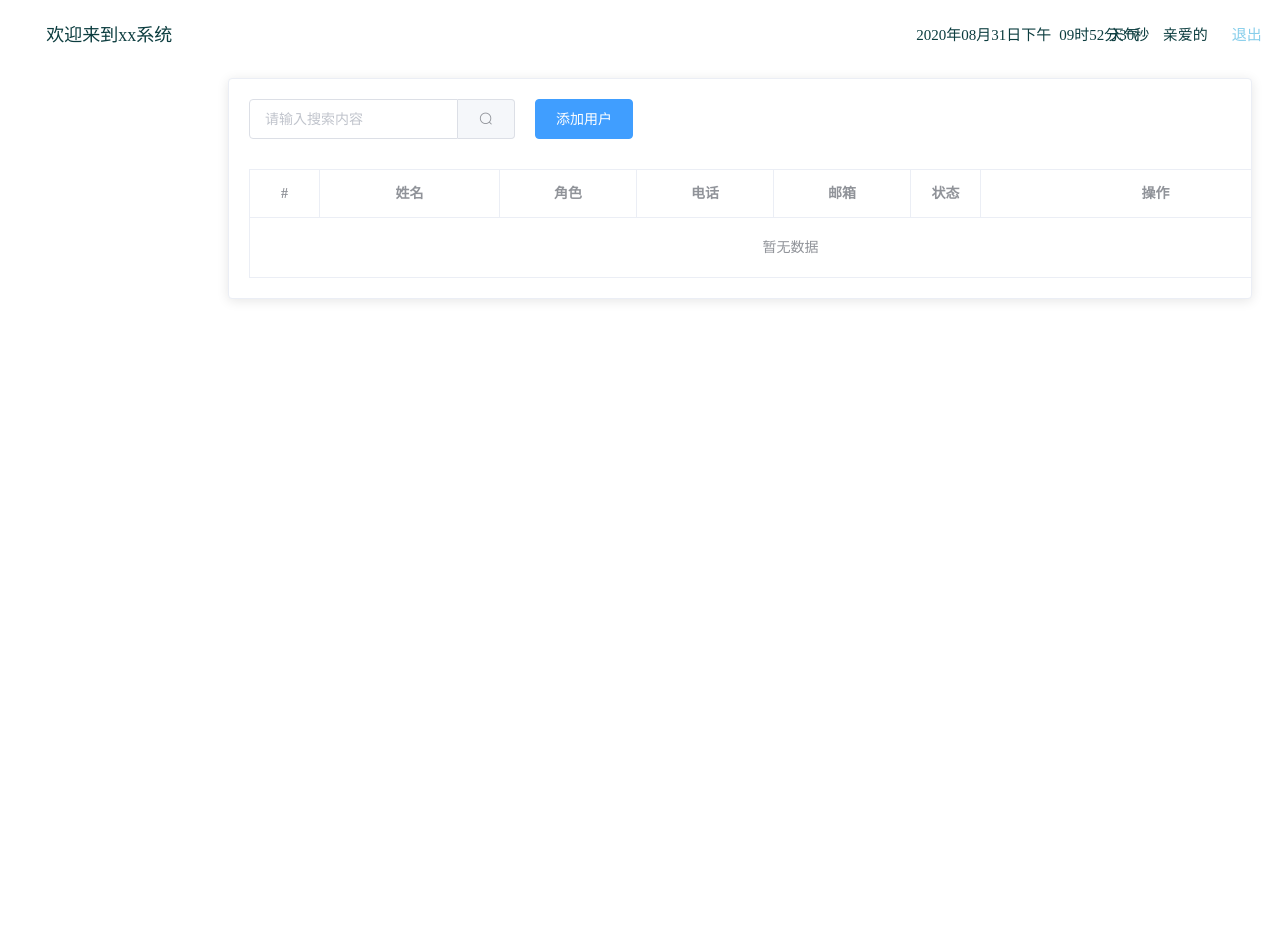
Repository: 2510699771/background-system
Page: /users/users
An editor plug-in stored every save of this project. The page is shown before and after a run of saves, followed by the edit.
The browser window is 1280 px wide. The pictures show the whole page.
The page's requests for data from a server got no answer. The project was rebuilt for these pictures with package versions that can differ from the ones it lists, and the page was loaded fresh each time. No one was signed in, and anything a server would have sent is missing. Also part of the build but not shown: vue.config.js, src/views/Home.vue.

Above is the page before, as saved 2020-08-31 22:08:47.

### src/main.js
import Vue from 'vue'
import App from './App.vue'
import router from './router'
import store from './store'
import ElementUI from 'element-ui';
import 'element-ui/lib/theme-chalk/index.css';

Vue.config.productionTip = false
Vue.use(ElementUI);

new Vue({
  router,
  store,
  el: '#app',
  render: h => h(App)
}).$mount('#app')

### src/App.vue
<template>
  <div id="app">

    <router-view/>
  </div>
</template>

<style lang="stylus">
</style>

### src/router/index.js
import Vue from 'vue'
import VueRouter from 'vue-router'
import Home from '../views/Home.vue'
import Layout from "../views/Layout/Layout.vue"

Vue.use(VueRouter)

const routes = [
  //首页
  {
    path: "/home",
    component: Layout,
    meta: {
      icon: 'el-icon-s-home'
    },
    children: [{
      path: "",
      name: 'Home',
      component: Home,
      meta: {
        title: '首页',
        parentpath: '/home',
        icon: 'el-icon-s-home'
      }
    }, ]
  },
  {
    path: '/',
    redirect: '/home'
  },
  //数据统计
  {
    path: "/reports",
    component: Layout,
    meta: {
      icon: 'el-icon-message'
    },
    children: [{
      path: "reports",
      name: "reports",
      component: () => import("../views/Reports/Reports.vue"),
      meta: {
        title: '数据报表',
        parentpath: "/reports/reports",
        icon: 'el-icon-position'
      }
    }]
  },
  //订单管理
  {
    path: "/orders",
    component: Layout,
    meta: {
      icon: 'el-icon-notebook-2'
    },
    children: [{
      path: "orders",
      name: "orders",
      component: () => import("../views/Orders/Orders.vue"),
      meta: {
        title: '订单列表',
        parentpath: "/orders/orders",
        icon: 'el-icon-folder-add'
      }
    }, ]
  },
  //商品管理
  {
    path: "/goods",
    component: Layout,
    meta: {
      icon: 'el-icon-shopping-bag-1'
    },
    children: [{
        path: "goods",
        name: "goods",
        component: () => import("../views/Goodlist/Goodlist.vue"),
        meta: {
          title: '商品列表',
          parentpath: "/goods/goods",
          icon: 'el-icon-bangzhu'
        }
      },
      {
        path: "params",
        name: "params",
        component: () => import("../views/Goodsparams/Goodsparams.vue"),
        meta: {
          title: '分类参数',
          parentpath: "/goods/params",
          icon: 'el-icon-bell'
        }
      }, {
        path: "categories",
        name: "categories",
        component: () => import("../views/GoodsCategories/GoodsCategories.vue"),
        meta: {
          title: '商品分类',
          parentpath: "/goods/categories",
          icon: 'el-icon-date'
        }
      },
    ]
  },
  //用户管理
  {
    path: "/users",
    component: Layout,
    meta: {
      icon: 'el-icon-user'
    },
    children: [{
      path: "users",
      name: "users",
      component: () => import("../views/UserList/UserList.vue"),
      meta: {
        title: '用户列表',
        parentpath: "/users/users",
        icon: 'el-icon-user'
      }
    }, ]
  },
  //权限管理
  {
    path: "/rights",
    component: Layout,
    meta: {
      icon: 'el-icon-folder'
    },
    children: [{
      path: "roles",
      name: "roles",
      component: () => import("../views/Rolelist/Rolelist.vue"),
      meta: {
        title: '角色列表',
        parentpath: "/rights/roles",
        icon: 'el-icon-setting'
      }
    }, {
      path: "rights",
      name: "rights",
      component: () => import("../views/Permissionslist/Permissionslist.vue"),
      meta: {
        title: '权限列表',
        parentpath: "/rights/rights",
        icon: 'el-icon-c-scale-to-original'
      }
    }, ]
  },
  //登录
  {
    path: '/login',
    name: 'login',
    component: () => import('../views/Login/Login.vue')
  }
]
const isPro = process.env.NODE_ENV === 'production'

const router = new VueRouter({
  mode: isPro ? 'hash' : 'history',
  base: process.env.BASE_URL,
  routes
})

export default router

### src/store/index.js
import Vue from 'vue'
import Vuex from 'vuex'
import user from "./user/user"

Vue.use(Vuex)

export default new Vuex.Store({
  //存储共享数据
  state: {},
  //同步修改state的值
  mutations: {},
  //用来发请求，异步提交mutation
  actions: {},
  //模块
  modules: {
    user
  }
})

### src/views/Layout/Layout.vue
<template>
  <div>
    <el-container>
      <el-header height="50px">
        <top></top>
      </el-header>
      <el-container>
        <el-aside width="200px">
          <left></left>
        </el-aside>
        <el-main>
          <router-view />
        </el-main>
      </el-container>
    </el-container>
  </div>
</template>

<script>
import top from "../../components/Layout/Top";
import left from "../../components/Layout/Left";
export default {
  name: "",
  //接受父组件传递的数据
  props: {},
  //注册组件
  components: {
    top,
    left,
  },
  data() {
    return {};
  },
  methods: {},
  mounted() {},
  watch: {},
  computed: {},
};
</script>

<style scoped lang='scss'>
.el-main {
  height: 860px;
}
</style>

### src/views/UserList/UserList.vue
<template>
  <div>
    <el-card class="box-card">
      <div style="width:30vw;display:flex">
        <el-input placeholder="请输入搜索内容" v-model="value" class="input-with-select">
          <el-button slot="append" icon="el-icon-search"></el-button>
        </el-input>
        <el-button type="primary" style="margin-left:20px">添加用户</el-button>
      </div>
      <div style="width:84.5vw;margin-top:30px">
        <el-table :data="userslist" border style="width: 100%" stripe>
          <el-table-column prop="date" label="#" width="70" type="index" align="center"></el-table-column>
          <el-table-column prop="username" label="姓名" width="180" align="center"></el-table-column>
          <el-table-column prop="role_name" label="角色" align="center"></el-table-column>
          <el-table-column prop="create_time" label="电话" align="center"></el-table-column>
          <el-table-column prop="email" label="邮箱" align="center"></el-table-column>
          <el-table-column prop="address" label="状态" width="70" align="center">
            <template slot-scope="scope">
              <el-switch
                v-model="scope.row.mg_state"
                active-color="#13ce66"
                @change="change(scope)"
                inactive-color="#A9A9A9"
              ></el-switch>
            </template>
          </el-table-column>
          <el-table-column prop="address" label="操作" align="center" width="350px" min-width="10px">
            <template slot-scope="scope">
              <el-button
                type="primary"
                size="mini"
                icon="el-icon-edit"
                @click="handleEdit(scope.$index, scope.row)"
              ></el-button>
              <el-button
                type="danger"
                icon="el-icon-delete"
                size="mini"
                @click="handleEdit(scope.$index, scope.row)"
              ></el-button>
              <el-button
                type="warning"
                size="mini"
                icon="el-icon-setting"
                @click="handleEdit(scope.$index, scope.row)"
              ></el-button>
            </template>
          </el-table-column>
        </el-table>
      </div>
      <!-- <div style="margin-top:20px">
        <el-pagination
          @size-change="handleSizeChange"
          @current-change="handleCurrentChange"
          :current-page="currentPage"
          :page-sizes="pageSizes"
          :page-size="pageSize"
          layout="total, sizes, prev, pager, next, jumper"
          :total="uselist.length"
        ></el-pagination>
      </div>-->
    </el-card>
  </div>
</template>

<script>
import { createNamespacedHelpers } from "vuex";
const userModule = createNamespacedHelpers("user");
const { mapState: userState, mapActions: userActions } = userModule;
export default {
  name: "",
  //接受父组件传递的数据
  props: {},
  //注册组件
  components: {},
  data() {
    return {
      value: "",
      currentPage: 1,
      pageSizes: [5, 15, 20, 30],
      pagesize: 5, //每页显示条数
      pagenum: 1, //当前页码
      query: "", //查询参数
    };
  },
  methods: {
    change(e) {
      console.log(e);
      console.log(111);
    },
    //方法展开
    ...userActions(["getUsers"]),

    handleSizeChange(val) {
      console.log(`每页 ${val} 条`);
    },
    handleCurrentChange(val) {
      console.log(`当前页: ${val}`);
    },
    // getUsers() {
    //   this.$store.dispatch("user/getUsers", {
    //     query: this.query,
    //     pagenum: this.pagenum,
    //     pagesize: this.pagesize,
    //   });
    // },
  },
  mounted() {
    // this.getUsers();
    this.getUsers({
      query: this.query,
      pagenum: this.pagenum,
      pagesize: this.pagesize,
    });
  },
  watch: {},
  computed: {
    //数据展开
    ...userState(["userslist"]),
  },
};
</script>

<style scoped lang='scss'>
</style>

### src/store/user/user.js
import api from "../../http/api"
import router from "../../router"
import {
    Message
} from "element-ui"
export default {
    //开启命名空间
    namespaced: true,
    //存储共享数据
    state: {
        menus: [], //侧边导航

        userslist: [], //用户管理用户列表
        pagesize: 5, //每页显示条数
        pagenum: 1, //当前页码
        query: "", //查询参数

    },
    //同步修改state的值
    mutations: {
        //侧边导航栏方法
        setMenus(state, data) {
            state.menus = data
        },
        //用户管理列表
        setUserslist(state, data) {
            state.userslist = data
        }
    },

    //用来发请求，异步提交mutation
    actions: {
        //所有的请求都写在actions中

        //提交commit
        async getMenus({
            commit
        }) {
            let res = await api.getMenus()
            if (res.meta.status === 200) {
                res.data.unshift({
                    path: 'home',
                    authName: '首页',
                })
                res.data.map(item => {
                    item.path = '/' + item.path
                    router.options.routes.map(item2 => {
                        if (item.path === item2.path) {
                            item.icon = item2.meta.icon
                            if (item2.children && item2.children.length > 0) {
                                item2.children.map(item3 => {
                                    if (item.children && item.children.length > 0) {
                                        item.children.map(item4 => {
                                            if (item4.path === item3.path) {
                                                item4.icon = item3.meta.icon
                                            }
                                        })
                                    }
                                })
                            }
                        }
                    })
                    if (item.children && item.children.length > 0) {
                        item.children.map(item1 => {
                            item1.path = item.path + '/' + item1.path
                        })
                    }

                })
                commit('setMenus', res.data)

            }
        },

        //没有提交commit
        async login({
            commit
        }, {
            username,
            password
        }) {
            let res = await api.login({
                username,
                password
            })
            if (res.meta.status) {
                localStorage.setItem('admitToken', res.data.token)
                localStorage.setItem('admitUser', JSON.stringify(res.data))
                router.push('/')
                Message.success('登录成功')
                console.log(commit)
            }
        },

        async getUsers({
            commit
        }, {
            query,
            pagenum,
            pagesize,
        }) {
            let res = await api.getUsers(
                query, pagenum, pagesize
            )
            if (res.meta.status === 200) {
                console.log(res, "用户列表")
                commit('setUserslist', res.data.users)
            }
        }
    },
}

### src/components/Layout/Top.vue
<template>
  <div class="alltop">
    <div class="topContent">
      <div>欢迎来到xx系统</div>
      <div class="userinfo">
        <div class="time">
          <div>{{year}}</div>
          <div>{{prompt}}</div>
          <div style="margin:0 8px">{{specific}}</div>
        </div>
        <div style="width:30%">
          <div style="margin:0 12px">天气</div>
          <div style="margin:0 12px">亲爱的{{username}}</div>
          <div style="color:skyblue;cursor:pointer;margin:0 12px">退出</div>
        </div>
      </div>
    </div>
  </div>
</template>

<script>
import dayjs from "dayjs";
export default {
  name: "",
  //接受父组件传递的数据
  props: {},
  //注册组件
  components: {},
  data() {
    return {
      year: "",
      specific: "",
      prompt: "",
      username: "",
    };
  },
  methods: {
    getTime() {
      let time = dayjs(new Date()).format("YYYY年MM月DD日");
      let hour = dayjs(new Date()).format("HH");
      console.log(hour);
      if (0 <= hour && hour <= 12) {
        this.prompt = "上午";
      } else if (24 > hour && hour > 12) {
        this.prompt = "下午";
      }
      let specific = dayjs(new Date()).format("hh时mm分ss秒");
      this.year = time;
      this.specific = specific;
    },
  },
  mounted() {
    let name = JSON.parse(localStorage.getItem("admitUser"));
    if (name) {
      this.username = name.username;
    }
    setInterval(() => {
      this.getTime();
    }, 1000);
  },
  watch: {},
  computed: {},
};
</script>

<style scoped lang='scss'>
.alltop {
  color: rgb(12, 61, 63);
  width: 100%;
  height: 50px;
  display: flex;
  justify-content: center;
  align-content: center;
  font-size: 18px;
  .topContent {
    width: 97%;
    display: flex;
    justify-content: space-between;
    align-items: center;
    .userinfo {
      display: flex;
      width: 25%;
      justify-content: space-around;
    }
    .userinfo > div {
      height: 50px;
      align-items: center;
      display: flex;
      justify-content: center;
      font-size: 15px;
      white-space: nowrap;
    }
  }
}
.time {
  width: 15vw;
  display: flex;
  align-items: center;
}
</style>

### src/components/Layout/Left.vue
<template>
  <div>
    <el-menu router :default-active="$route.meta.parentpath" unique-opened>
      <!-- 最外层循环el-submenu不能直接在标签内部循环，需要在外部插槽循环然后给内容绑定:key -->
      <template v-for="item in menus">
        <el-submenu
          :key="item.id"
          :index="item.path"
          v-if="item.children && item.children.length > 0"
        >
          <!-- ！！！template标签必须要有slot="title"不然就为内容 -->
          <template slot="title">
            <i :class="item.icon"></i>
            <span>{{item.authName}}</span>
          </template>
          <!-- 第二层标题循环用<el-menu-item-group>标签包裹 -->
          <el-menu-item-group>
            <!-- el-menu-item标签 :index绑定路由 可在标签内循环 -->
            <el-menu-item v-for="item1 in item.children" :index="item1.path" :key="item1.id">
              <!-- slot="title"可加可不加 -->
              <i :class="item1.icon"></i>
              <span slot="title">{{item1.authName}}</span>
            </el-menu-item>
          </el-menu-item-group>
        </el-submenu>
        <!-- v-else 如果item下的list为空的时候取消折叠 -->
        <el-menu-item :index="item.path" :key="item.id" v-else>
          <i :class="item.icon"></i>
          <span slot="title">{{ item.authName }}</span>
        </el-menu-item>
      </template>
    </el-menu>
  </div>
</template>

<script>
import { createNamespacedHelpers } from "vuex";
const userModule = createNamespacedHelpers("user");
const { mapState: userState, mapActions: userActions } = userModule;

export default {
  name: "",
  //接受父组件传递的数据
  props: {},
  //注册组件
  components: {},
  data() {
    return {};
  },
  methods: {
    //方法展开
    ...userActions(["getMenus"]),
  },
  mounted() {
    this.getMenus();
  },
  watch: {},
  computed: {
    //数据展开
    ...userState(["menus"]),
  },
};
</script>

<style scoped lang='scss'>
</style>

### src/http/api.js
import service from "./index"

export default {
    //登录
    login({
        username,
        password
    }) {
        return service.post('/login', {
            username,
            password
        })
    },
    //侧边导航
    getMenus() {
        return service.get('menus')
    },

    //用户数据列表
    getUsers(
        query, //查询参数
        pagenum, //当前页码
        pagesize //每页显示条数

    ) {
        return service.get(`users?query=${query}&pagenum=${pagenum}&pagesize=${pagesize}`)
    }

}

### src/http/index.js
import axios from "axios"
import nprogress from "nprogress"
import {
    Message
} from "element-ui"

//运行环境：本地环境:devLpment和线上(生产)环境:production
const isPro = process.env.NODE_ENV === 'production'

const servic = axios.create({
    //基础路径
    baseURL: isPro ? '线上接口路径' : '/api',
    timeout: 100000
})

//请求拦截
servic.interceptors.request.use((config) => {
    //请求成功的时候上面的进度条开始
    nprogress.start()
    //前后端建权(令牌)
    let token = localStorage.getItem('admitToken')
    if (token) {
        config.headers['Authorization'] = token
    }
    return config
}), err => {
    //请求失败的时候
    nprogress.done()
    return Promise.reject(err)
}


//响应拦截,每一次接口返回路径都会干的事情
servic.interceptors.response.use((res) => {
    nprogress.done()
    return res.data
}), err => {
    //失败的时候
    if (err.response && err.response.status) {
        //错误请求的状态码
        let status = err.response.status
        if (status === 400) {
            Message.error('参数错误')
        }
        if (status === 401) {
            Message.error('登录过期，请重新登录')
        }
        if (status === 403) {
            Message.error('没有权限')
        }
        if (status === 404) {
            Message.error('接口路径错误')
        }
        if (status === 500) {
            Message.error('服务器出错')
        }
        if (status === 400) {
            Message.error('参数错误')
        }
        if (status === 503) {
            Message.error('服务器在维护')
        }
    }
}
export default servic

Loaded but not shown: public/index.html (common file)

After the next 2 saves:
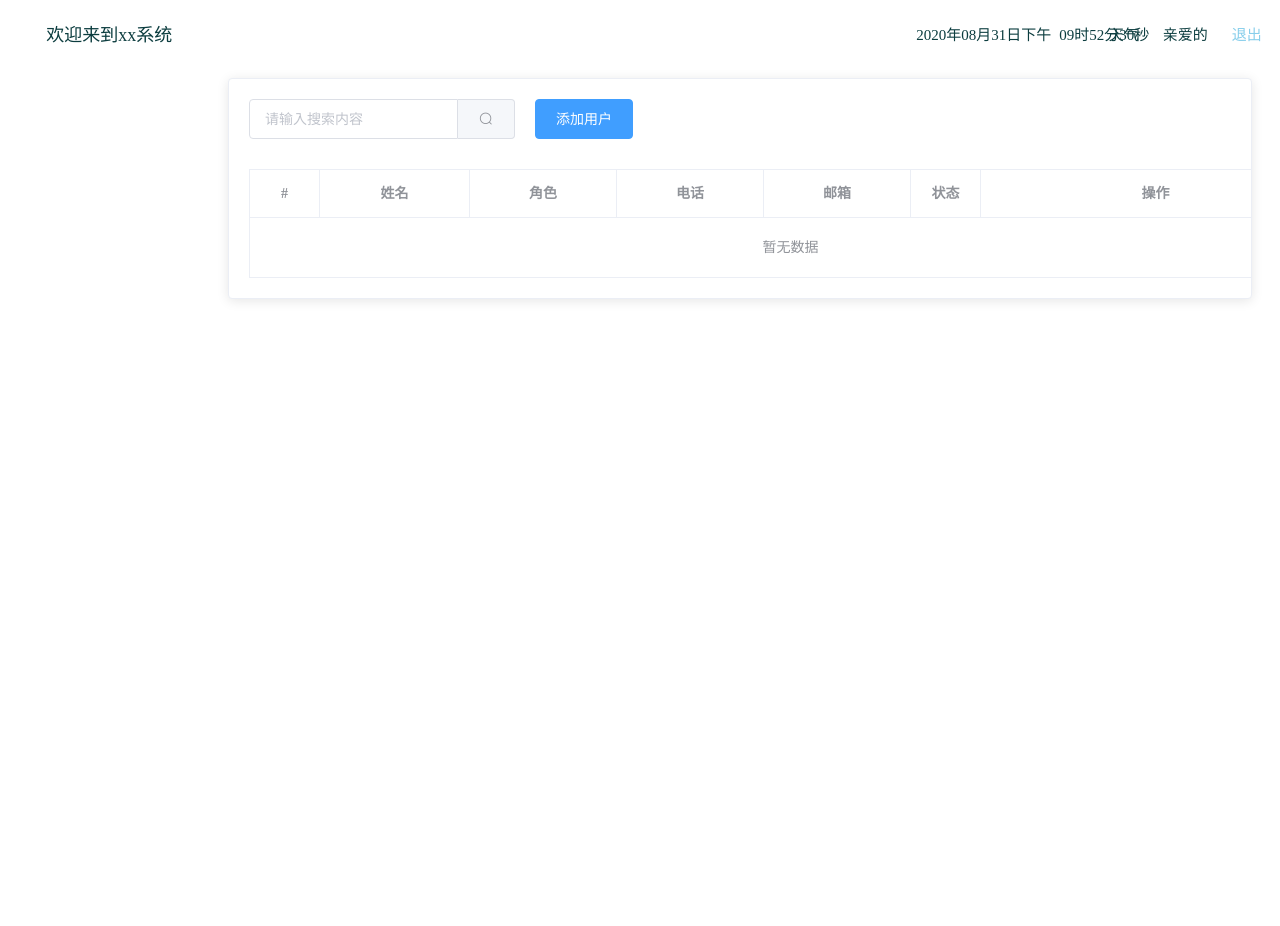
The 2 saves are shown as one change because they came seconds apart.
The last was saved 26 s later.
--- a/src/views/UserList/UserList.vue
+++ b/src/views/UserList/UserList.vue
@@ -10,7 +10,7 @@
       <div style="width:84.5vw;margin-top:30px">
         <el-table :data="userslist" border style="width: 100%" stripe>
           <el-table-column prop="date" label="#" width="70" type="index" align="center"></el-table-column>
-          <el-table-column prop="username" label="姓名" width="180" align="center"></el-table-column>
+          <el-table-column prop="username" label="姓名" align="center"></el-table-column>
           <el-table-column prop="role_name" label="角色" align="center"></el-table-column>
           <el-table-column prop="create_time" label="电话" align="center"></el-table-column>
           <el-table-column prop="email" label="邮箱" align="center"></el-table-column>
